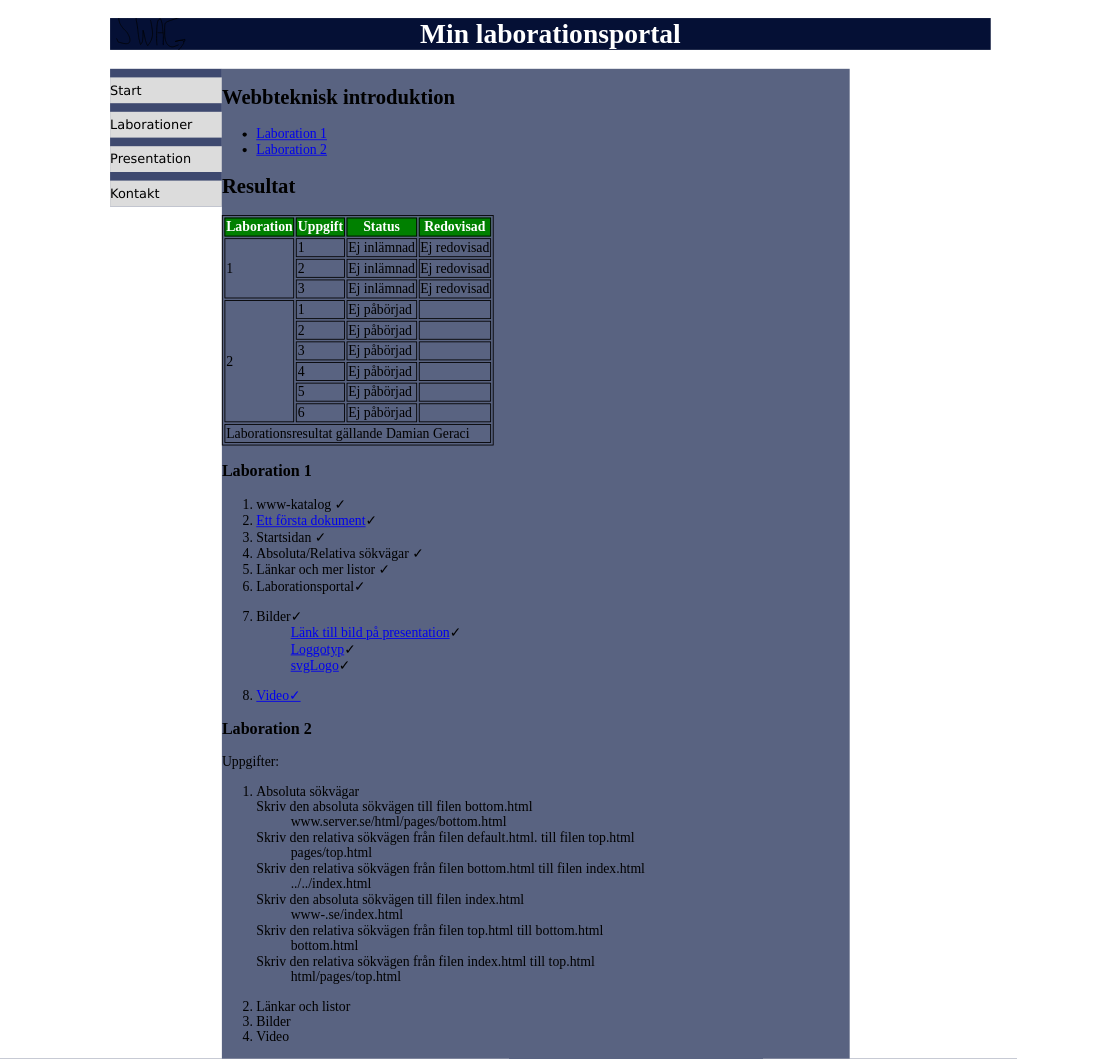
Repository: dg222dm/1ik415-laborationer
Page: pages/laborationer.html
The author's editor kept a record of every edit. The page is drawn from the files as they stood at one moment, then again after the next edit.
The browser window is 1280 px wide. The pictures show the whole page, at 86% of full size.

Above is the page before.

### pages/laborationer.html
<!doctype html>
<html lang="sv">
    <head>
        <link rel="stylesheet"  href="../css/style.css" />
        <meta charset="utf-8" />
        <title>Laborationer</title>
        <!--http://docs.webplatform.org/wiki/guides/html_tables -->
        <style>
        table,th,td
        {
        border:1px solid black;
        }
        </style>
    </head>

    <body>
    <div id="background">
    <div id="header">
        <h1>Min laborationsportal</h1>
    </div>

    <div id="nav">
<!--Lista med länkar -->
        <ul>
            <li><a href="../index.html">Start</a></li>
            <li><a href="laborationer.html">Laborationer</a></li>
            <li><a href="presentation.html">Presentation</a></li>
            <li><a href="kontakt.html">Kontakt</a></li>

<!--Slut på länk lista -->
        </ul>
    </div>
    <div id="content">
    <article>
        <h2>Webbteknisk introduktion</h2>

        <ul>
            <li><a href="#lab1">Laboration 1</a></li>
            <li><a href="#lab2">Laboration 2</a></li>
        </ul>

<!--Tabell med studieresultat -->
<!-- http://www.w3schools.com/tags/tryit.asp?filename=tryhtml_td_rowspan -->
        <h2>Resultat</h2>
        <table>
            <thead>
                <tr>
                    <th>Laboration</th>
                    <th>Uppgift</th>
                    <th>Status</th>
                    <th>Redovisad</th>
                </tr>
            </thead>
            <tbody>
                <tr>
                    <td rowspan="3">1</td>
                    <td>1</td>
                    <td>Ej inlämnad</td>
                    <td>Ej redovisad</td>

                </tr>
                <tr>
                    <td>2</td>
                    <td>Ej inlämnad</td>
                    <td>Ej redovisad</td>
                </tr>
                <tr>
                    <td>3</td>
                    <td>Ej inlämnad</td>
                    <td>Ej redovisad</td>
                </tr>
                <tr>
                    <td rowspan="6">2</td>
                    <td>1</td>
                    <td>Ej påbörjad</td>
                    <td></td>
                </tr>
                <tr>
                    <td>2</td>
                    <td>Ej påbörjad</td>
                    <td></td>
                </tr>
                <tr>
                    <td>3</td>
                    <td>Ej påbörjad</td>
                    <td></td>
                </tr>
                <tr>
                    <td>4</td>
                    <td>Ej påbörjad</td>
                    <td></td>
                </tr>
                <tr>
                    <td>5</td>
                    <td>Ej påbörjad</td>
                    <td></td>
                </tr>
                <tr>
                    <td>6</td>
                    <td>Ej påbörjad</td>
                    <td></td>
                </tr>
            </tbody>
            <tfoot>
                <tr>
                    <td colspan="4">Laborationsresultat gällande Damian Geraci</td>
                </tr>
            </tfoot>
        </table>
<!--Slut på länklista med ID attributer-->
        <h3><a id="lab1">Laboration 1</a></h3>
        <ol>
            <li>www-katalog &#x2713;</li>
            <li><a href="presentation.html">Ett första dokument</a>&#x2713;</li>
            <li>Startsidan &#x2713;</li>
            <li>Absoluta/Relativa sökvägar &#x2713;</li>
            <li>Länkar och mer listor &#x2713;</li>
            <li>Laborationsportal&#x2713;</li>
            <!-- fråga läraren om mellanrummet -->
            <li><dl>
                <dt>Bilder&#x2713;</dt>
                <dd><a href="presentation.html#lyra">Länk till bild på presentation</a>&#x2713;</dd>
                <dd><a href="../pics/LoggoLab1.png">Loggotyp</a>&#x2713;</dd>
                <dd><a href="../index.html#svgLogo">svgLogo</a>&#x2713;</dd>
            </dl></li>
            <li><a href="../index.html#motivation">Video&#x2713;</a></li>
        </ol>
        <h3><a id="lab2">Laboration 2</a></h3>

<!--Lista med Laborations uppgifter-->
        <p>Uppgifter:</p>
        <ol>
            <li><dl>
                    <dt>Absoluta sökvägar</dt>
                    <dt>Skriv den absoluta sökvägen till filen bottom.html</dt>
                    <dd>www.server.se/html/pages/bottom.html</dd>
                    <dt>Skriv den relativa sökvägen från filen default.html. till filen top.html</dt>
                    <dd>pages/top.html</dd>
                    <dt>Skriv den relativa sökvägen från filen bottom.html till filen index.html</dt>
                    <dd>../../index.html</dd>
                    <dt>Skriv den absoluta sökvägen till filen index.html</dt>
                    <dd>www-.se/index.html</dd>
                    <dt>Skriv den relativa sökvägen från filen top.html till bottom.html</dt>
                    <dd>bottom.html</dd>
                    <dt>Skriv den relativa sökvägen från filen index.html till top.html</dt>
                    <dd>html/pages/top.html</dd>
            </dl></li>
            <li>Länkar och listor</li>
            <li>Bilder</li>
            <li>Video</li>
        </ol>
    </article>
    </div>
    </div>
    </body>
</html>

### css/style.css
#header {
    width:1024px;
    background-color:#051035;
    color:white;
    text-align:center;
    background-image: url(../css/pics/svgLogo.svg);
    background-size: 100px 100px;
    background-position: left -20px;
    background-repeat: no-repeat;

}
#nav ul{
    line-height:30px;
    background-color:#3E496F;
    list-style-type: none;
    font-family: verdana;
    font-size:15px;
    float:left;
    margin: 0;
    padding:0;
}

#nav li{
    margin: 10px 0 0; /*Mellan rum mellan list items*/
}

.active {
    font-size:20px;
    text-align:center;
}

#nav a{
    display: block;
    width: 130px;
    background: #dcdcdc;
    text-decoration: none; /*tar bort understräcken*/
}

#nav a:link, #nav a:active, #nav a:visited {
    color: #000000;
}

#nav a:hover {
    border:1px solid #000000;
    background:#333333;
    color: #ffffff;
}

#background {
    width:1024px;
    height:auto;
    margin:0 auto;
    background-color:#13214A;
}



#footer {
    background-color:#051035;
    width:1024px;
    color:white;
    clear:both;
    text-align:center;

}

#content {
  width: 730px;
  float:left;
  background-color:#596381;
  height: auto;

}

.right {
    float: right;
    border:1px solid #021a40;
    padding: 1px;
}
.left {
    float: left;
    border:1px solid #021a40;
    padding: 1px;
}

.center {
    margin-left:220px;

  }

  table, td, th {
    border: 1px  solid;
}

th {
    background-color: green;
    color: white;
}
/*
header färg: #051035
nav fönster färg: #3E496F
bakgrundsfärg: #13214A
content färg: #596381
footer färg: #051035

*/

After the next edit:
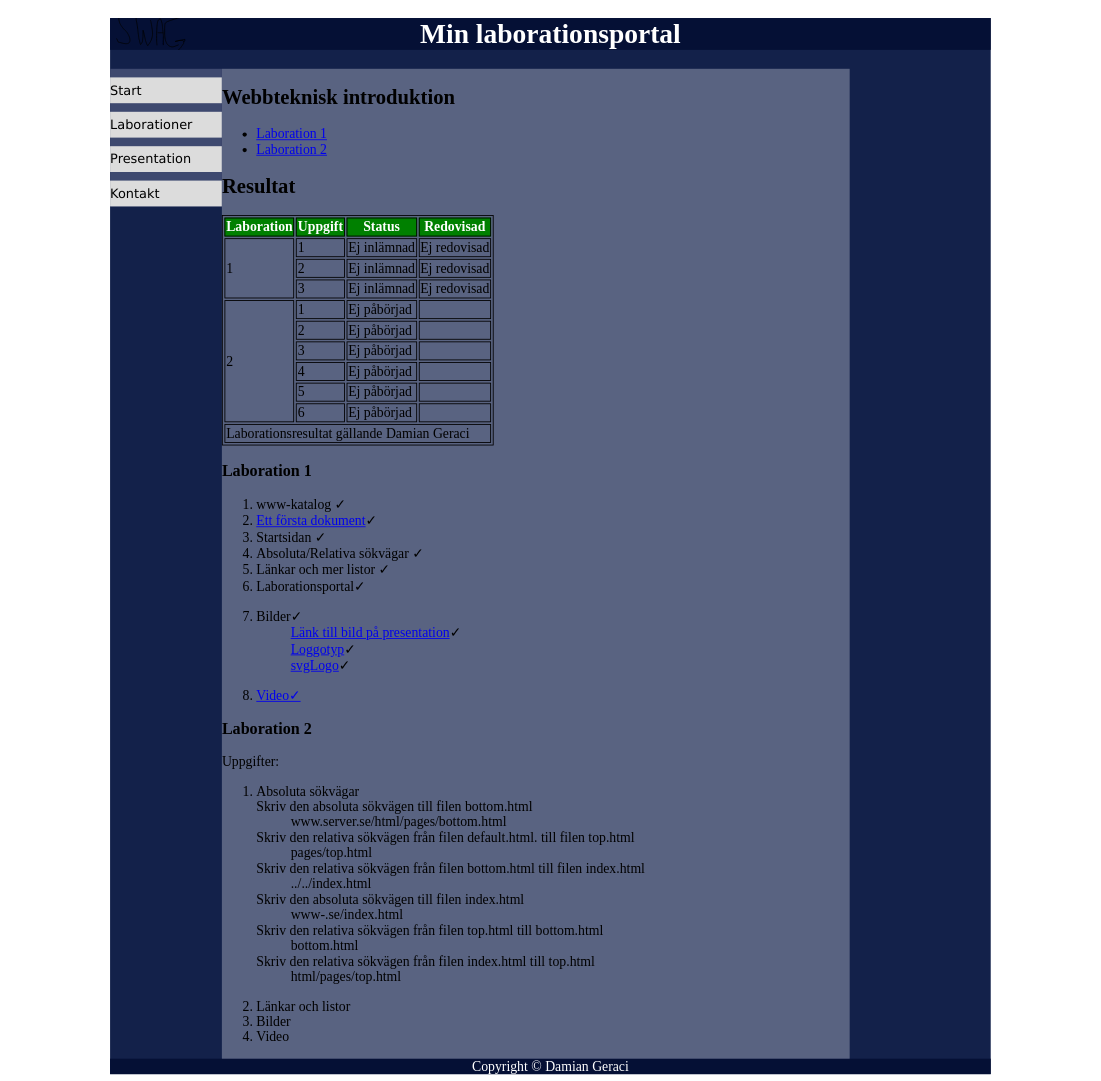
The edit:
--- a/pages/laborationer.html
+++ b/pages/laborationer.html
@@ -151,6 +151,9 @@
         </ol>
     </article>
     </div>
+    <div id="footer">
+    Copyright © Damian Geraci
+    </div>
     </div>
     </body>
 </html>
